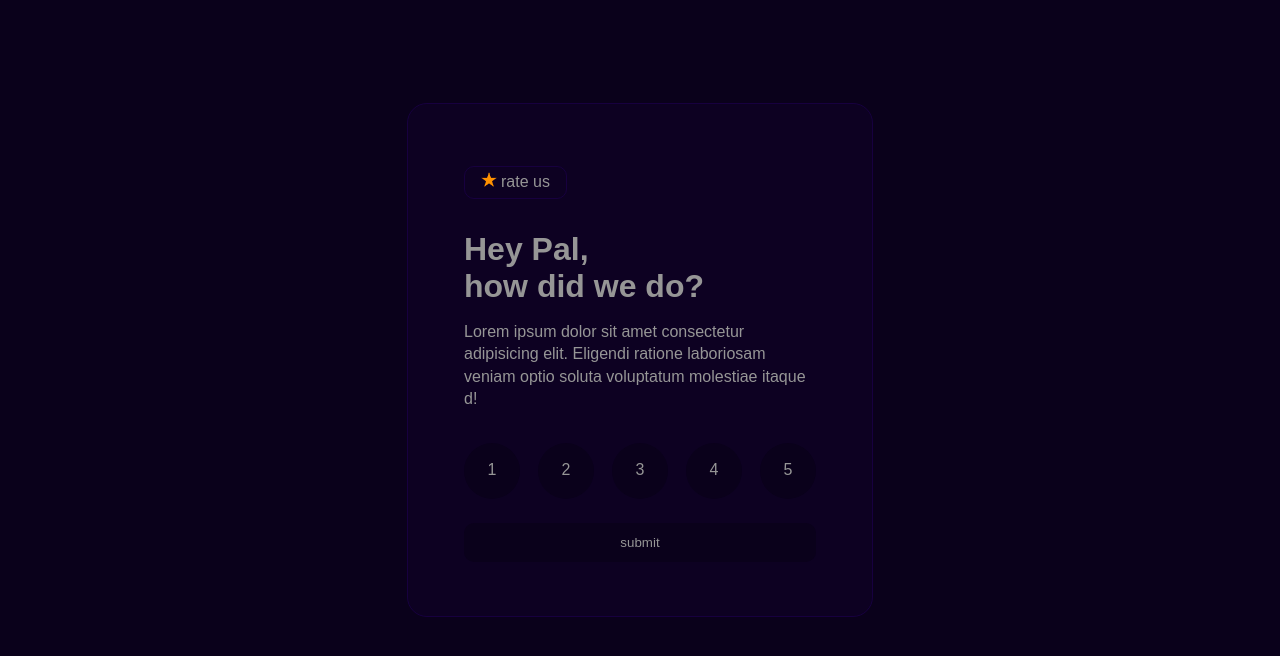
Repository: russel-success/xcodepp-TASK-2
Page: index.html
The author's editor kept a copy of each file at every save. The page is drawn from the files as they stood at one save, then again after the next save.
The browser window is 1280 px wide. The pictures show the whole page.

Above is the page before, as saved 2024-05-27 09:28:49.

After the next save:
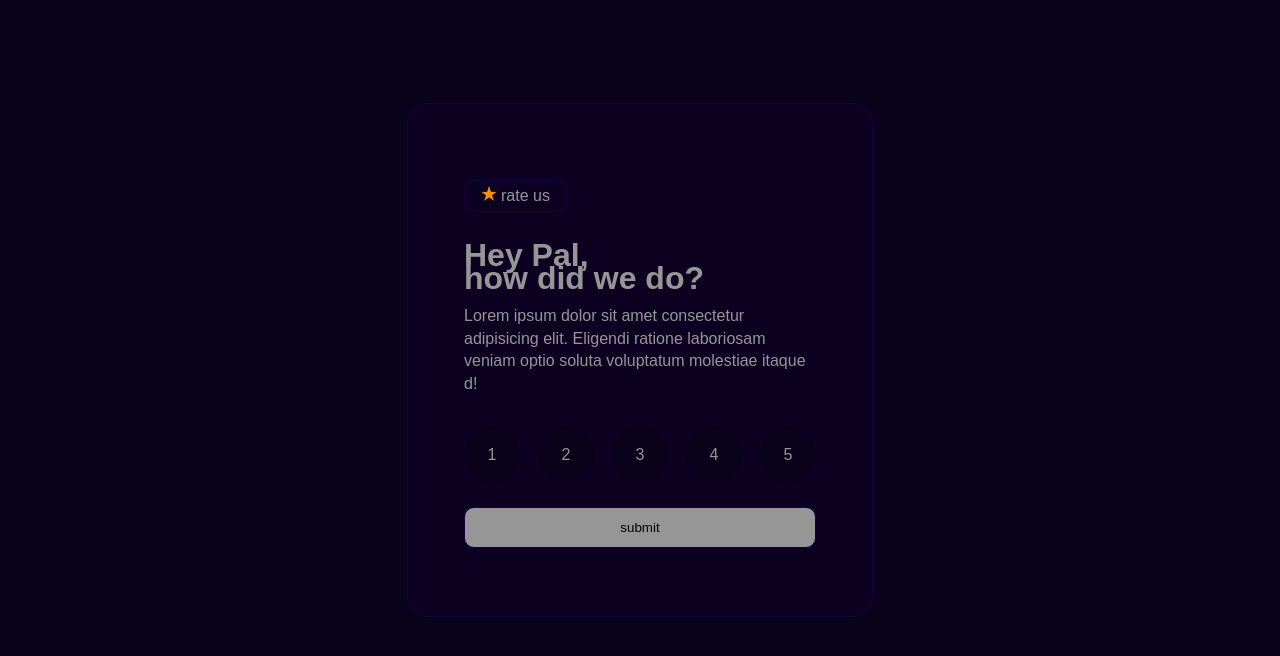
Saved 19 s later.
--- a/styles/styles.css
+++ b/styles/styles.css
@@ -1,6 +1,6 @@
 :root{
     --prim-purple:rgb(8, 1, 30);
-    --headline:Arial, Helvetica, sans-serif;
+    --headline:Arial, Helvetica, sans-serif ;
 }
 *{
     padding:0;
@@ -58,8 +58,8 @@
     gap:16px;
 }
 h1{
-    line-height: normal;
-    font-weight:700;
+    /* line-height: normal;
+    font-weight:700; */
 }
 .body-text{
     color:inherit;
@@ -109,9 +109,8 @@ h1{
     height:fit-content;
     padding:12px 0;
     border-radius:10px;
-    border:none;
-    background:rgb(10, 1, 27);
-    color:rgb(150, 150, 150);
+    border:1px solid rgb(23, 0, 63);
+    background:rgb(150, 150, 150);
     transition:background 0.2s ease;
     cursor:pointer;
 }
